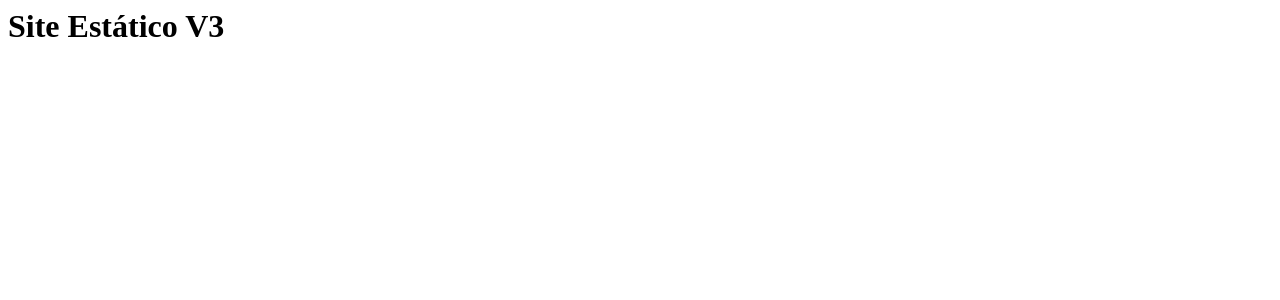
Repository: nirvanabrz/web-docker
Page: index.html
The author's editor kept a copy of each file at every save. The page is drawn from the files as they stood at one save, then again after the next save.
The browser window is 1280 px wide. The pictures show the whole page.

Above is the page before, as saved 2021-07-24 21:31:26.

After the next save:
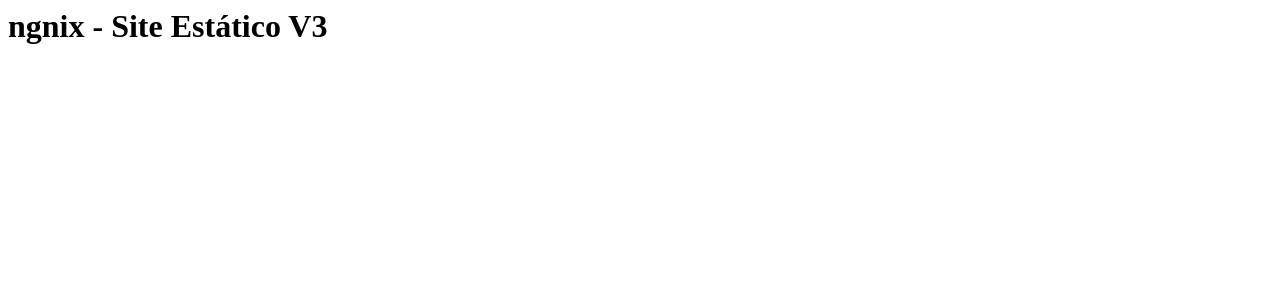
Saved 18 h 58 min later.
--- a/index.html
+++ b/index.html
@@ -2,9 +2,9 @@
   <head>
     <meta http-equiv="Content-Type" content="text/html; charset=utf-8" />
     <meta charset="utf-8" />
-    <title>Site Estático V3</title>
+    <title>ngnix - Site Estático V3</title>
   </head>
   <body>
-    <h1>Site Estático V3</h1>
+    <h1>ngnix - Site Estático V3</h1>
   </body>
 </html>
